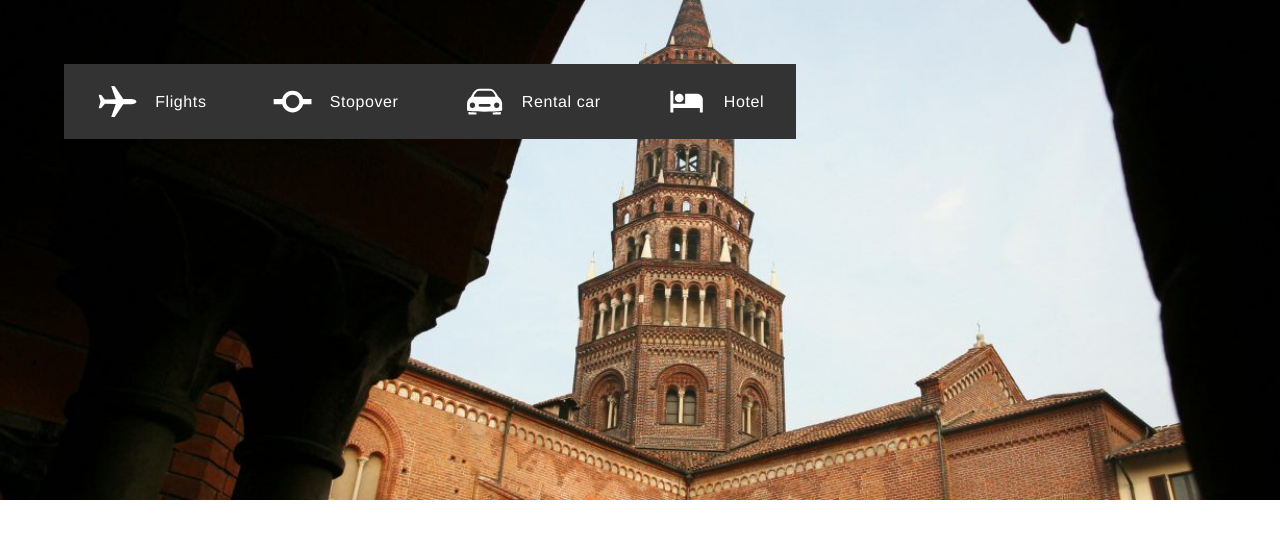
Repository: guidogr95/Everymundo-Excercise
Page: /
An editor plug-in stored every save of this project. The page is shown before and after the next save, followed by the edit.
The browser window is 1280 px wide. The pictures show the whole page.
The project was rebuilt for these pictures with package versions that can differ from the ones it lists, and the page was loaded fresh each time.

Above is the page before, as saved 2021-06-30 21:16:25.

### src/App.js
import 'antd/dist/antd.css';
import './app.scss';
// components
import BookingMask from 'src/components/BookingMask'

function App() {
  return (
    <div className="App">
      <div className="flightmanager-container container" >
        <BookingMask />
      </div>
    </div>
  );
}

export default App;

### src/app.scss
@import 'styles/global';

.App {
  .container {
    width: $desktop-maxwidth;
    max-width: 100%;
  }
  .flightmanager-container {
    background: url('./assets/images/bg.jpg');
    background-size: cover;
    background-position: center;
    min-height: 500px;
    margin: auto;
    padding: 4rem;
  }
}

### src/components/BookingMask/index.jsx
import React from 'react'
// styles
import './bookingmask.scss'
// assets
import { IoIosAirplane, IoMdGitCommit, IoIosCar, IoMdBed } from 'react-icons/io'
// components
// import Empty from 'empty'

const BookingMask = () => {
  const tabs = [
    {
      name: 'Flights',
      icon: <IoIosAirplane />,
      // component: <Empty />
    },
    {
      name: 'Stopover',
      icon: <IoMdGitCommit />,
      // component: <Empty />
    },
    {
      name: 'Rental car',
      icon: <IoIosCar />,
      // component: <Empty />
    },
    {
      name: 'Hotel',
      icon: <IoMdBed />,
      // component: <Empty />
    }
  ]
  return (
    <section className="bookingmask" >
      <ul className="bookingmask__nav" >
        {tabs.map(tab =>
          <button>
            {tab.icon}<span>{tab.name}</span>
          </button>
        )}
      </ul>
    </section>
  )
}

export default BookingMask

### src/styles/_global.scss
@import 'variables';
@import 'mixins';

html,
body {
  position: relative;
  padding: 0;
  margin: 0;
  font-family: $font-family;
  -webkit-text-size-adjust: 100%;
  -webkit-font-smoothing: auto;
  -moz-font-smoothing: auto;
  -moz-osx-font-smoothing: auto;
}
* {
  box-sizing: border-box;
}
ul {
  margin: 0;
  padding: 0;
}
button {
  border: none;
  cursor: pointer;
}

### src/styles/_variables.scss
// measurements
$desktop-maxwidth: 90rem;
// colors
$color-red: #c00;
$color-gray: #333333;
$color-white: #fff;
// fonts
// font-family
$font-family: SwissText,Helvetica,Arial,sans-serif,LufthansaMamSymbolText;
// font-weight
$font-weight-medium: 700;
$font-weight-small: 300;
// font-size
$font-size-normal: 1rem;
$font-size-large: 2.7rem;
// line height
$line-height-medium: 2.2rem;
// letter spacing
$letter-spacing-small: .6px;

### src/styles/_mixins.scss
// MIXINS
@mixin breakpoint($point) {
  @media (max-width: $point) {
    @content;
  }
}

### src/components/BookingMask/bookingmask.scss
@import '/src/styles/variables';
.bookingmask {
  &__nav {
    list-style: none;
    button {
      color: $color-white;
      background: $color-gray;
      padding: 1rem 2rem;
      display: inline-flex;
      align-items: center;
      font-size: $font-size-normal;
      font-weight: $font-weight-small;
      letter-spacing: $letter-spacing-small;
      svg {
        margin-right: 1rem;
        font-size: $font-size-large;
      }
    }
  }
}

Loaded but not shown: public/index.html (common file); src/index.js (common file); src/reportWebVitals.js (common file)

After the next save:
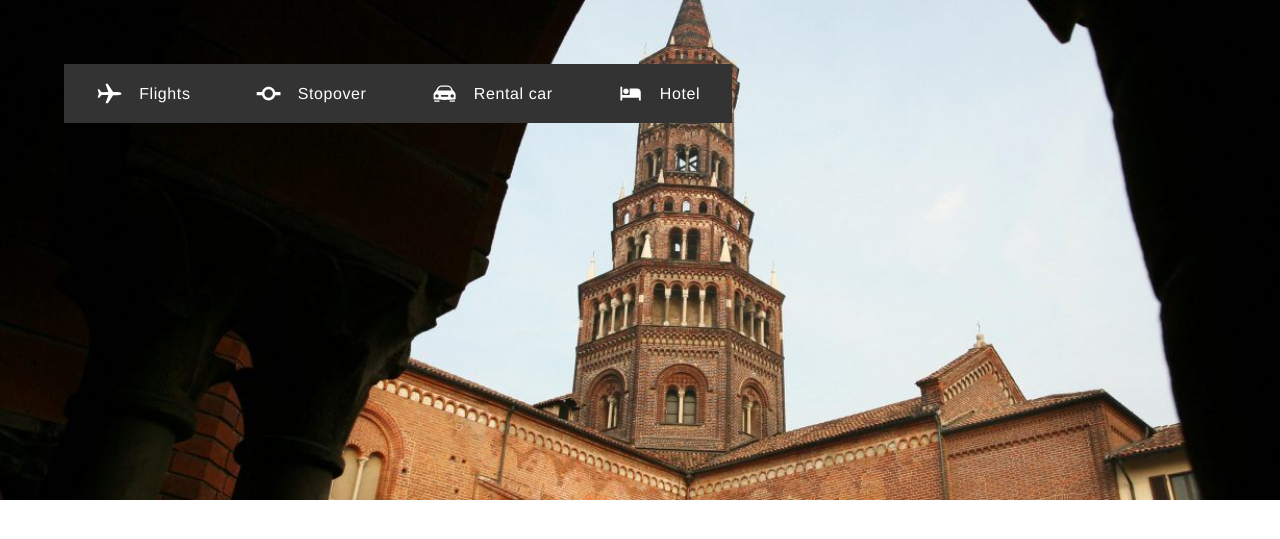
Saved 50 s later.
--- a/src/styles/_variables.scss
+++ b/src/styles/_variables.scss
@@ -12,7 +12,7 @@ $font-weight-medium: 700;
 $font-weight-small: 300;
 // font-size
 $font-size-normal: 1rem;
-$font-size-large: 2.7rem;
+$font-size-large: 1.7rem;
 // line height
 $line-height-medium: 2.2rem;
 // letter spacing
